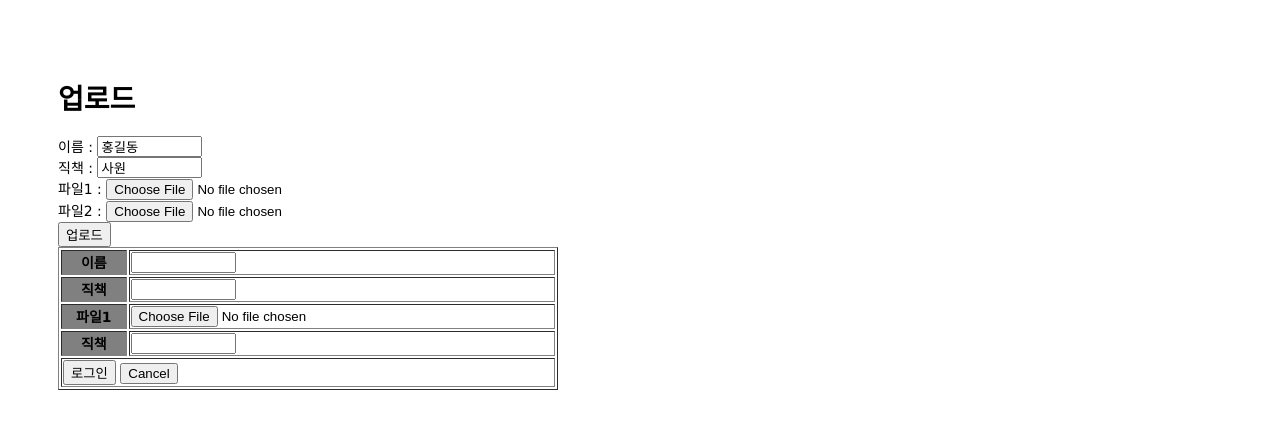
Repository: njir/nodejs
Page: http://localhost/upload
The author's editor kept a record of every edit. The page is drawn from the files as they stood at one moment, then again after the next edit.
The browser window is 1280 px wide. The pictures show the whole page.
The page is served by the project's Node server (member/app.js).

Above is the page before.

After the next edit:
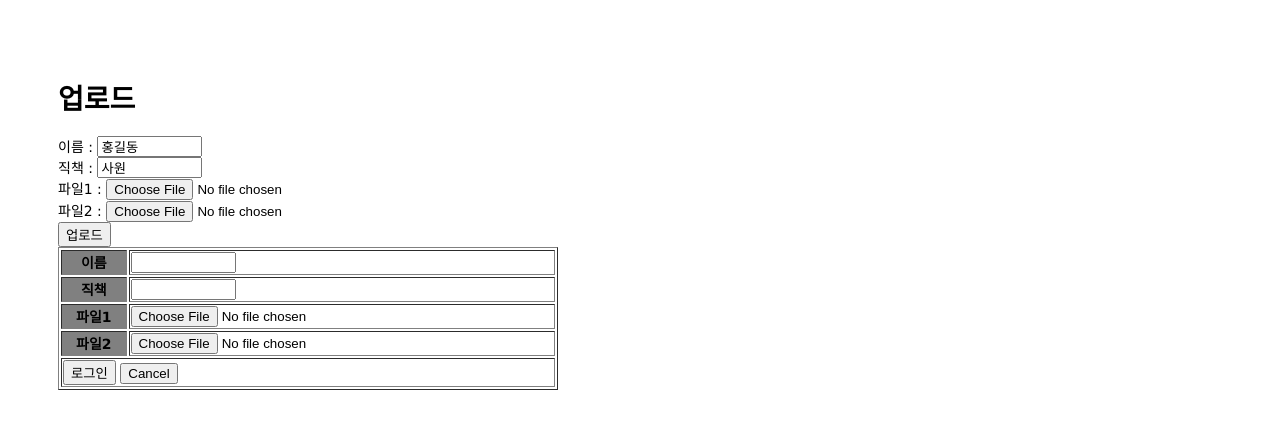
The edit:
--- a/member/views/upload/upload.ejs
+++ b/member/views/upload/upload.ejs
@@ -37,8 +37,8 @@
 			</tr>
 
 				<tr>
-				<th>직책</th>
-				<td><input type="text" name="job" size="10"></td>
+				<th>파일2</th>
+				<td><input type="file" name="upfile2"></td>
 			</tr>
 
 			<tr>
